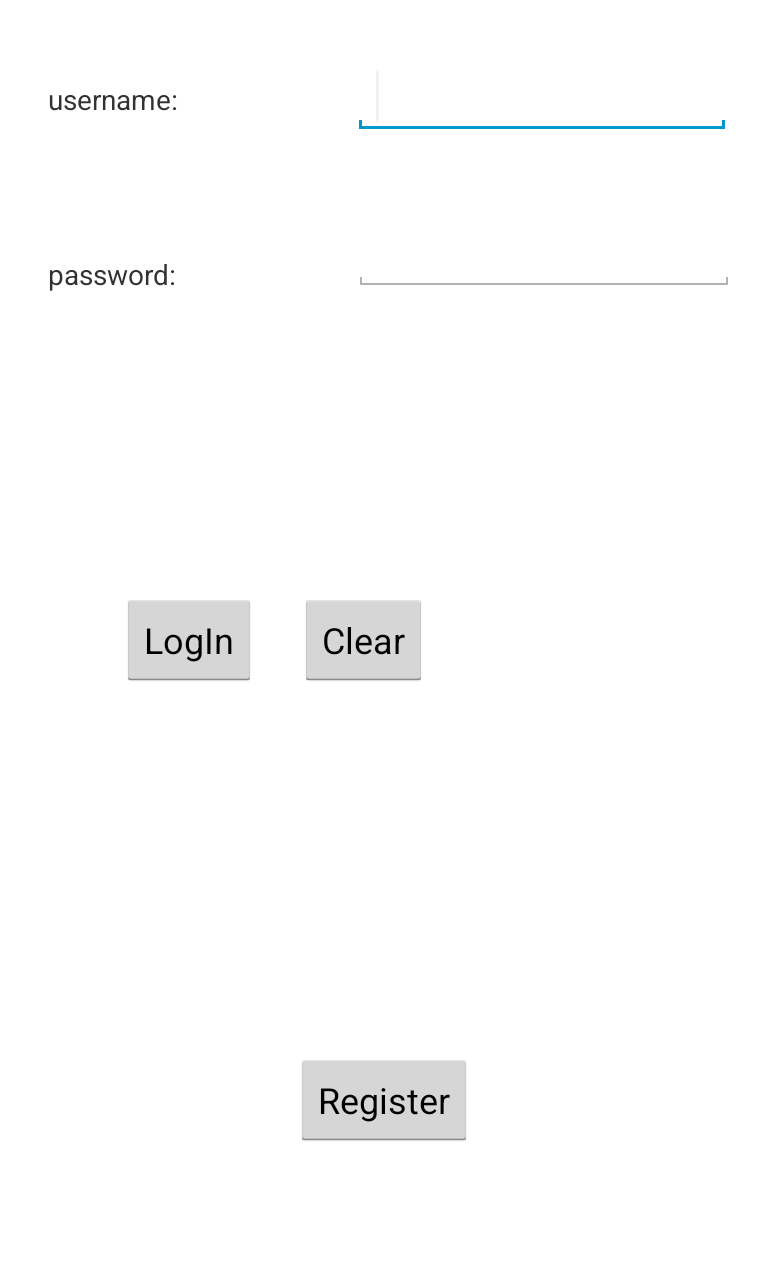
Repository: mpdehnel/seg
Layout: VectorOne/res/layout/activity_login.xml
The author's editor kept a copy of each file at every save. The layout is drawn from the files as they stood at one save, then again after the next save.
It is drawn on a 768 x 1280 px phone screen (xhdpi) without system bars, with theme AppTheme; the app's code is not run.

Above is the layout before, as saved 2013-02-06 22:20:28.

After the next save:
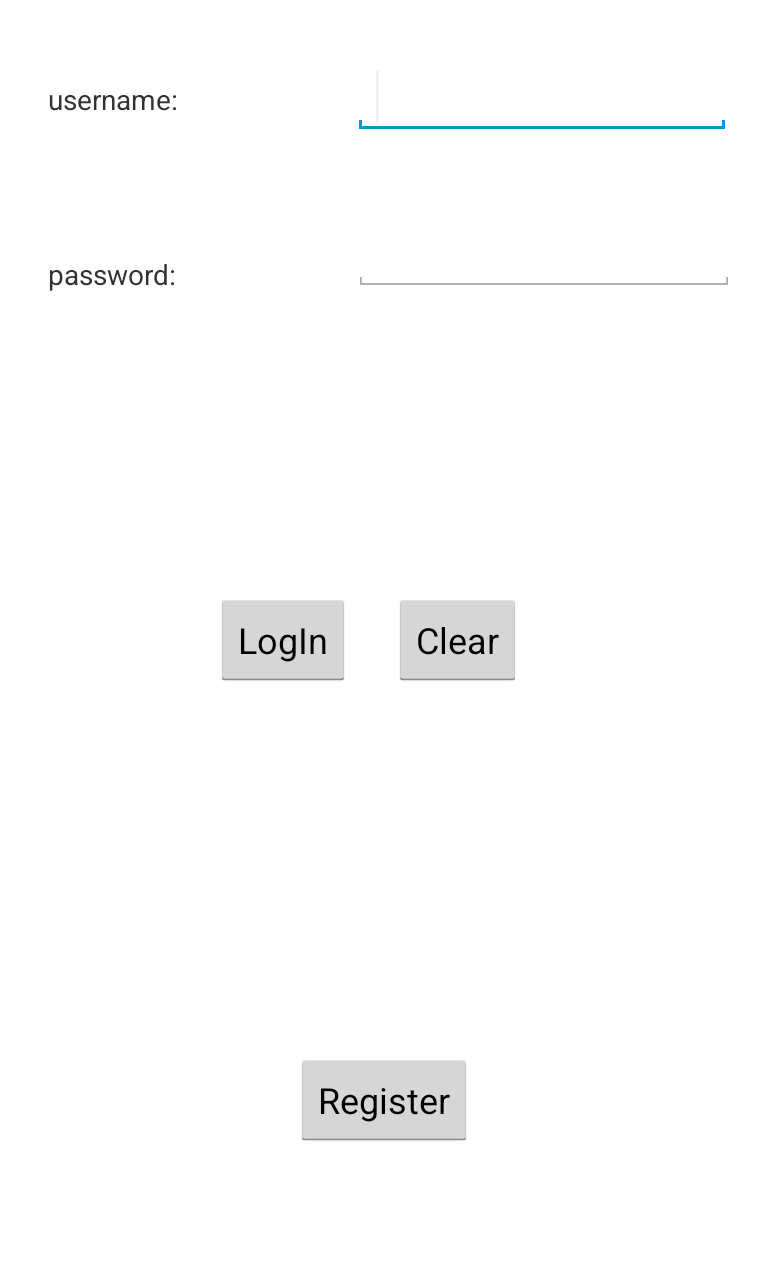
Saved 20 s later.
--- a/VectorOne/res/layout/activity_login.xml
+++ b/VectorOne/res/layout/activity_login.xml
@@ -72,9 +72,9 @@
         android:id="@+id/loginbutton"
         android:layout_width="wrap_content"
         android:layout_height="wrap_content"
-        android:layout_alignLeft="@+id/passwordlabel"
-        android:layout_centerVertical="true"
-        android:layout_marginLeft="36dp"
+        android:layout_alignBaseline="@+id/clearbutton"
+        android:layout_alignBottom="@+id/clearbutton"
+        android:layout_toLeftOf="@+id/UsernameTextField"
         android:onClick="login"
         android:text="@string/button_login" />
 
